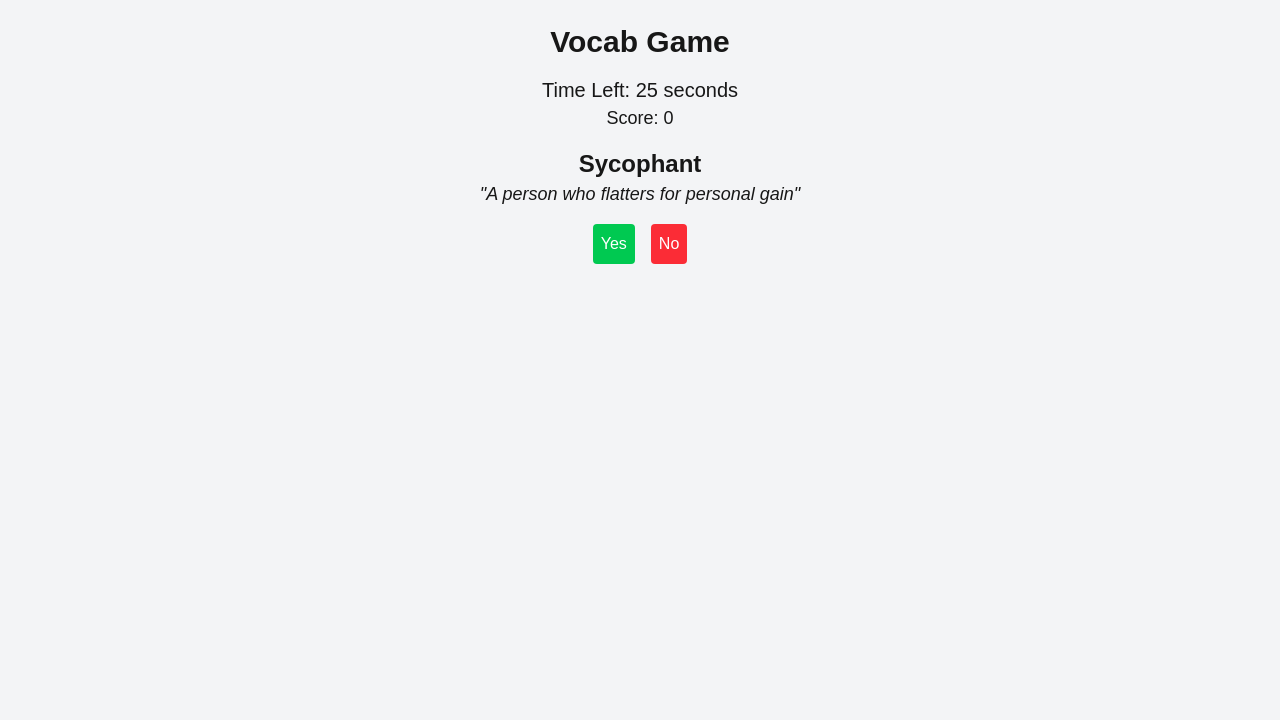
Repository: oxniw/bio-vocab
Page: /game
These files come from the project's save history. The page is drawn as it stood at one moment and after the next save; the edit follows.
The browser window is 1280 px wide. The pictures show the whole page.
The project was rebuilt for these pictures with package versions that can differ from the ones it lists, and the page was loaded fresh each time. The framework's server and built-in components were replaced by stand-ins that run in the browser. Also part of the build but not shown: next.config.ts.

Above is the page before, as saved 2025-04-02 13:53:30.

After the next save:
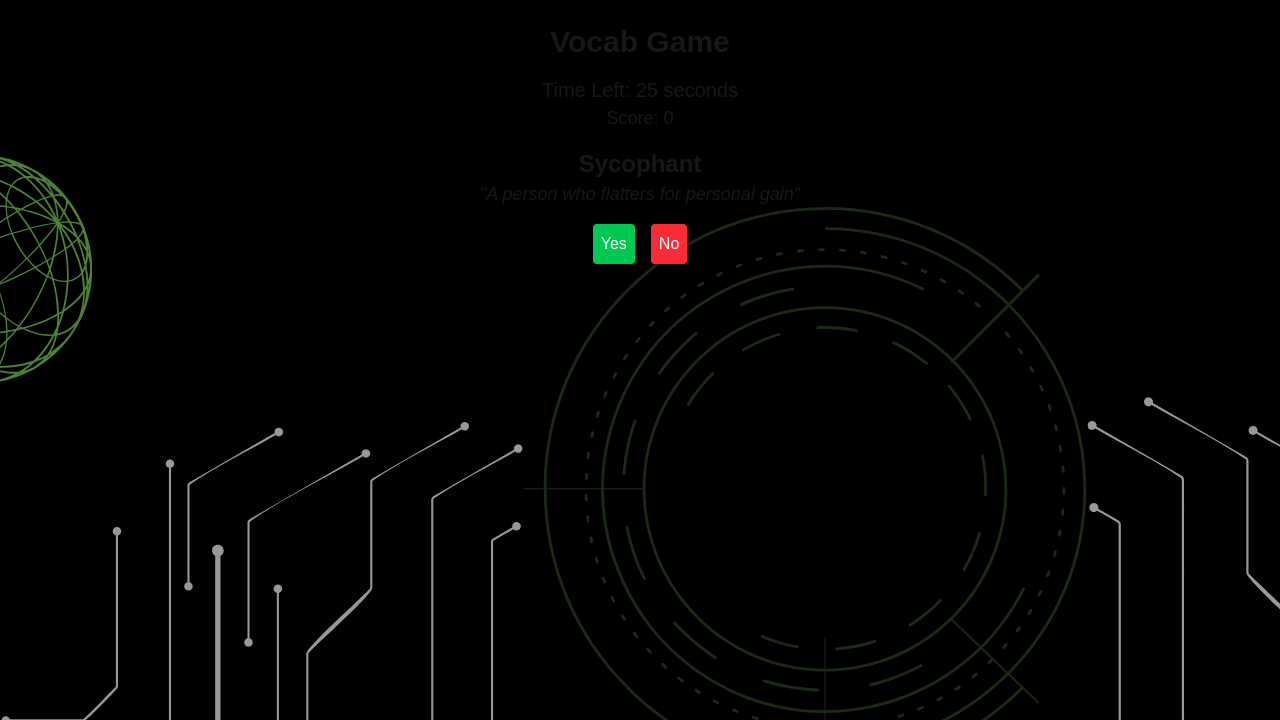
Saved 32 h 14 min later.
--- a/src/app/game/page.jsx
+++ b/src/app/game/page.jsx
@@ -53,7 +53,7 @@
   }
 
   return (
-    <div className="flex flex-col items-center p-6 bg-gray-100 min-h-screen">
+    <div className="flex flex-col items-center p-6 bg-gray-100 min-h-screen " style={{ backgroundImage: "url('bg.png')" }}>
         <div className="absolute inset-0 bg-cover bg-center -z-10" style={{ backgroundImage: "url('bg.png')" }}></div>
       <h1 className="text-3xl font-bold mb-4">Vocab Game</h1>
       <p className="text-xl">Time Left: {timeLeft} seconds</p>

After the save that followed:
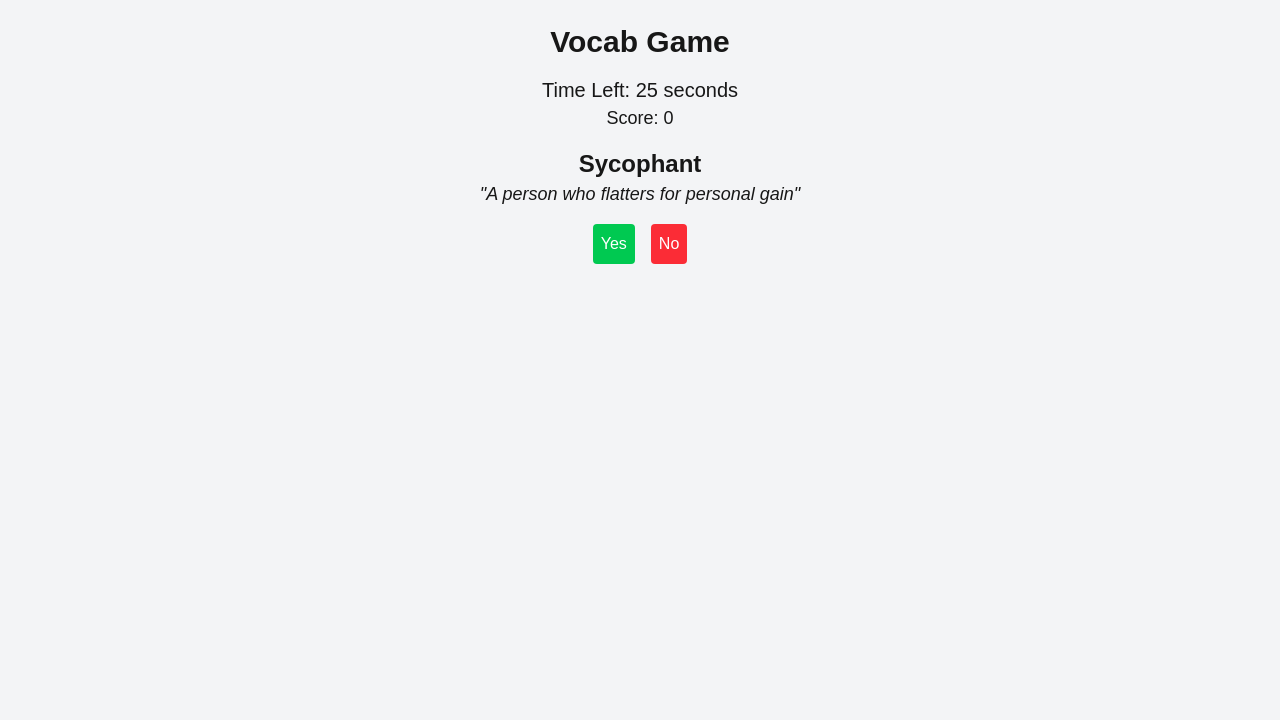
Saved 53 s later.
--- a/src/app/game/page.jsx
+++ b/src/app/game/page.jsx
@@ -53,7 +53,7 @@
   }
 
   return (
-    <div className="flex flex-col items-center p-6 bg-gray-100 min-h-screen " style={{ backgroundImage: "url('bg.png')" }}>
+    <div className="flex flex-col items-center p-6 bg-gray-100 min-h-screen ">
         <div className="absolute inset-0 bg-cover bg-center -z-10" style={{ backgroundImage: "url('bg.png')" }}></div>
       <h1 className="text-3xl font-bold mb-4">Vocab Game</h1>
       <p className="text-xl">Time Left: {timeLeft} seconds</p>
